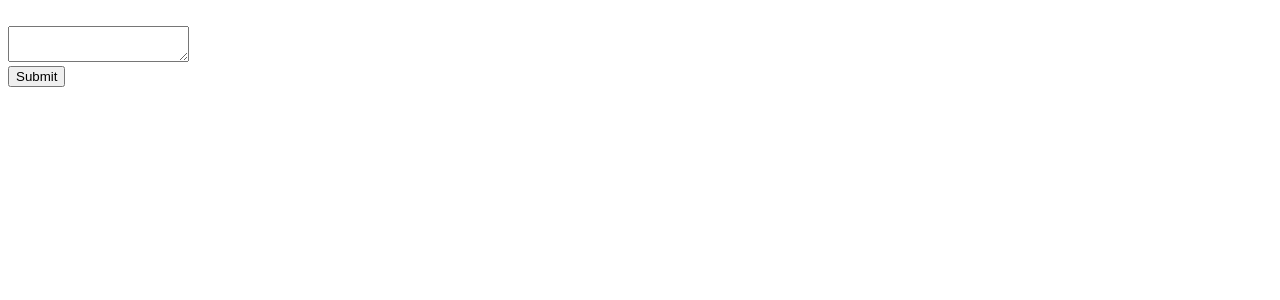
Repository: Yannis699/WW2_forum_project
Page: http://localhost/publier_article.php
The author's editor kept a copy of each file at every save. The page is drawn from the files as they stood at one save, then again after the next save.
The browser window is 1280 px wide. The pictures show the whole page.
The page is run by PHP 8.4 with error messages shown; the project is at /var/www/html/. db.php is not in the repository; a stand-in opens the database connection. The session is filled in as if someone had signed in: {"mdp": 1}. Other server files are loaded and not shown.

Above is the page before, as saved 2022-05-18 13:52:01.

### publier_article.php
<?php
session_start();
require_once('db.php');
if(!$_SESSION['mdp']){
    header('Location: connexion.php');
}

if(isset($_POST['envoi'])){
    if(!empty($_POST['titre']) && !empty($_POST['contenu']))
    {
        $titre = htmlspecialchars($_POST['titre']);
        $contenu = nl2br(htmlspecialchars($_POST['contenu']));

        $insererArticle = $bdd->prepare('INSERT INTO articles(titre,contenu) VALUES(?,?)');
        $insererArticle->execute(array($titre, $contenu));

        echo "L'article a bien été envoyé";
    } else {
        echo "Veuillez renseigner l'ensemble des champs";
    }
}

?>

<!DOCTYPE html>
<html lang="en">
<head>
    <meta charset="UTF-8">
    <meta http-equiv="X-UA-Compatible" content="IE=edge">
    <meta name="viewport" content="width=device-width, initial-scale=1.0">
    <title>Publier article</title>
</head>
<body>

<form action="" method="post">
    <input_type="text" name="titre">
    <br>
    <textarea name="description"></textarea>
    <br>
    <input type="submit" name="envoi">
</form>

</body>
</html>

After the next save:
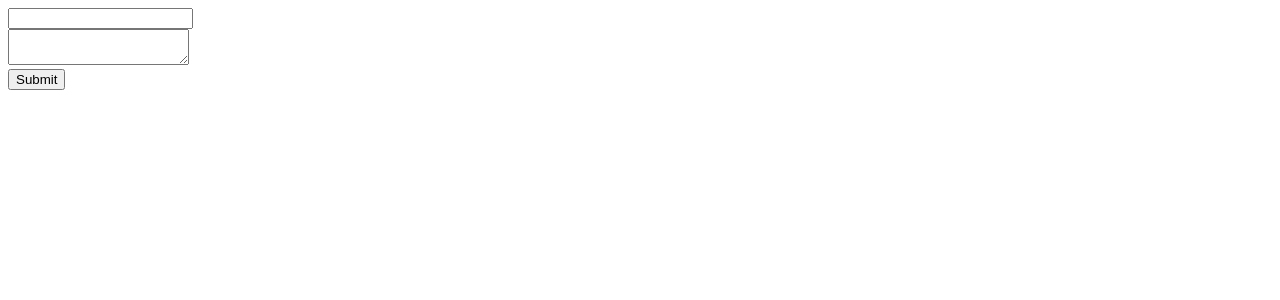
Saved 23 s later.
--- a/publier_article.php
+++ b/publier_article.php
@@ -33,7 +33,7 @@ if(isset($_POST['envoi'])){
 <body>
 
 <form action="" method="post">
-    <input_type="text" name="titre">
+    <input type="text" name="titre">
     <br>
     <textarea name="description"></textarea>
     <br>
